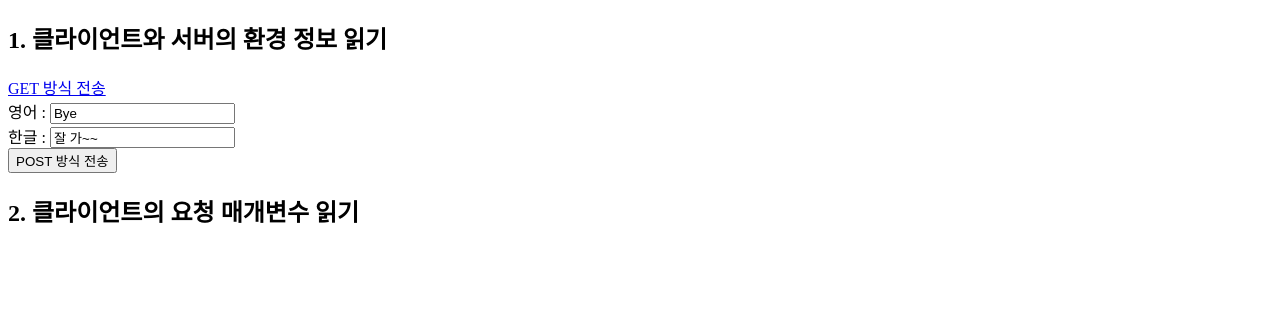
Repository: achul1026/jspStudy
Page: http://localhost/MustHaveJSP/02ImplicitObject/RequestMain.jsp
The author's editor kept a copy of each file at every save. The page is drawn from the files as they stood at one save, then again after the next save.
The browser window is 1280 px wide. The pictures show the whole page.
The page is served by Tomcat 9. Other server files are loaded and not shown.

Above is the page before, as saved 2022-09-21 12:09:24.

### MustHaveJSP/src/main/webapp/02ImplicitObject/RequestMain.jsp
<%@ page language="java" contentType="text/html; charset=EUC-KR"
    pageEncoding="UTF-8"%>
<!DOCTYPE html>
<html>
<head>
<meta charset="UTF-8">
<title>내장 객체 - request</title>
</head>
<body>
	<h2>1. 클라이언트와 서버의 환경 정보 읽기</h2>
	<a href="./RequestWebInfo.jsp?eng=Hello&han=안녕">
		GET 방식 전송
	</a>
	<br>
	<form action="RequestWebInfo.jsp" method="post">
		영어 : <input type="text" name="eng" value="Bye">
		<br>
		한글 : <input type="text" name="han" value="잘 가~~">
		<br>
		<input type="submit" value="POST 방식 전송">
	</form>

	<h2>2. 클라이언트의 요청 매개변수 읽기</h2>
</body>
</html>

After the next save:
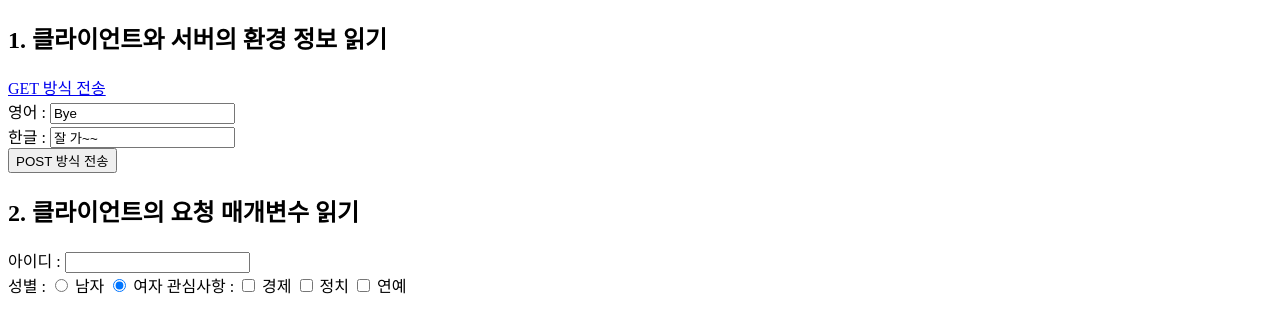
Saved 2 min 47 s later.
--- a/MustHaveJSP/src/main/webapp/02ImplicitObject/RequestMain.jsp
+++ b/MustHaveJSP/src/main/webapp/02ImplicitObject/RequestMain.jsp
@@ -21,5 +21,16 @@
 	</form>
 
 	<h2>2. 클라이언트의 요청 매개변수 읽기</h2>
+	<form method="post" action="RequestParameter.jsp">
+		아이디 : <input type="text" name="id" value="">
+		<br>
+		성별 : <input type="radio" name="sex" value="man"> 남자
+		<input type="radio" name="sex" value="woman" checked="checked"> 여자
+		관심사항 :
+		<input type="checkbox" name="favo" value="eco"> 경제
+		<input type="checkbox" name="favo" value="pol"> 정치
+		<input type="checkbox" name="favo" value="ent"> 연예<br>
+
+	</form>
 </body>
 </html>
